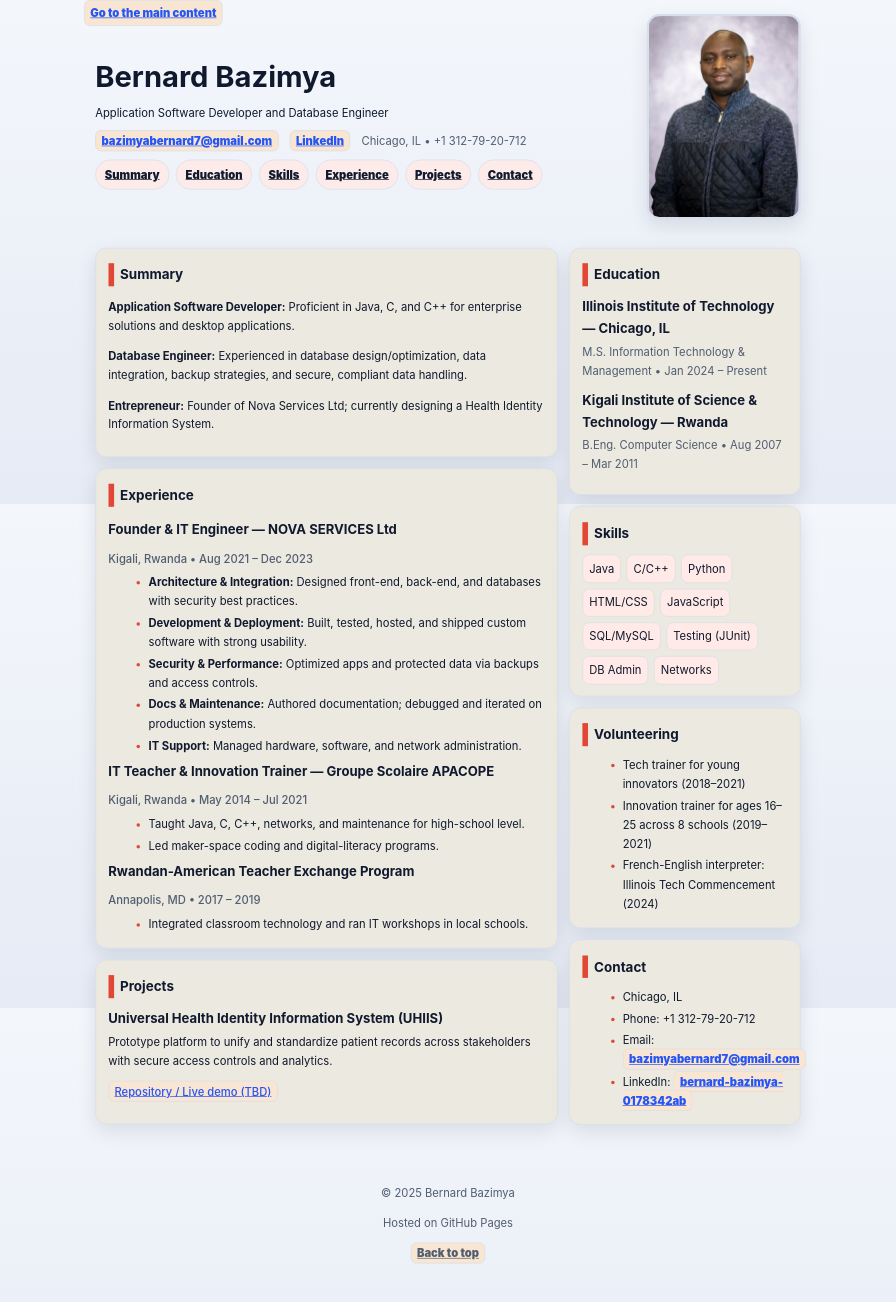
Repository: bbazimya/bernardbazimya-resume
Page: index.html
The author's editor kept a copy of each file at every save. The page is drawn from the files as they stood at one save, then again after a run of saves.
The browser window is 1280 px wide. The pictures show the whole page, at 70% of full size.
Backgrounds fixed to the window are drawn as part of the page. Some web fonts or font styles are not loaded; a fallback is used.

Above is the page before, as saved 2025-09-14 00:13:40.

After the next 5 saves:
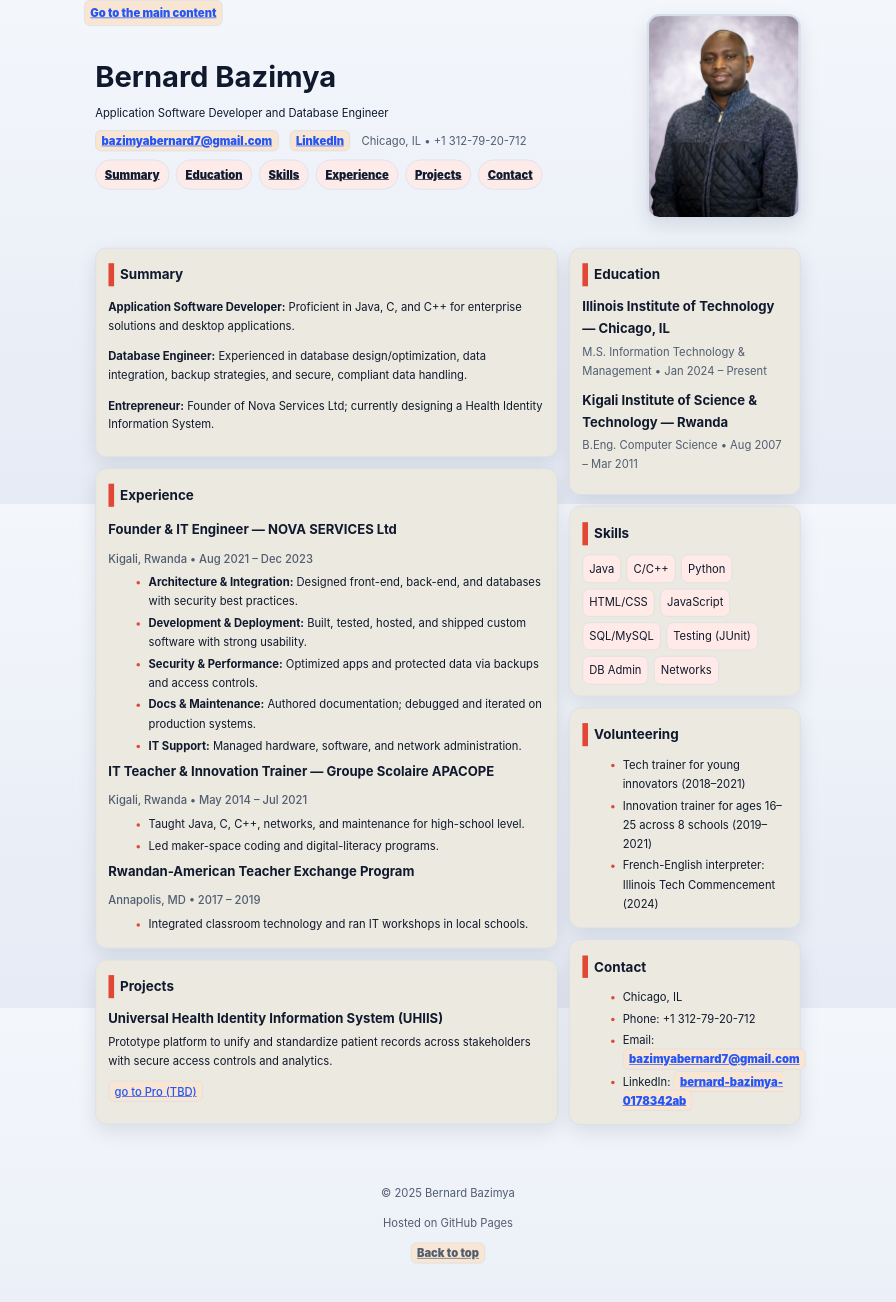
The 5 saves are shown as one change because they came seconds apart.
The last was saved 72 s later.
--- a/index.html
+++ b/index.html
@@ -108,7 +108,7 @@
           <article class="project">
             <h3 class="project__title">Universal Health Identity Information System (UHIIS)</h3>
             <p class="project__desc">Prototype platform to unify and standardize patient records across stakeholders with secure access controls and analytics.</p>
-            <p><a class="project__link" href="https://github.com/bbazimya/universal_id">Repository / Live demo (TBD)</a></p>
+            <p><a class="project__link" href="https://github.com/bbazimya/universal_id">go to Pro (TBD)</a></p>
           </article>
         </section>
       </div>
